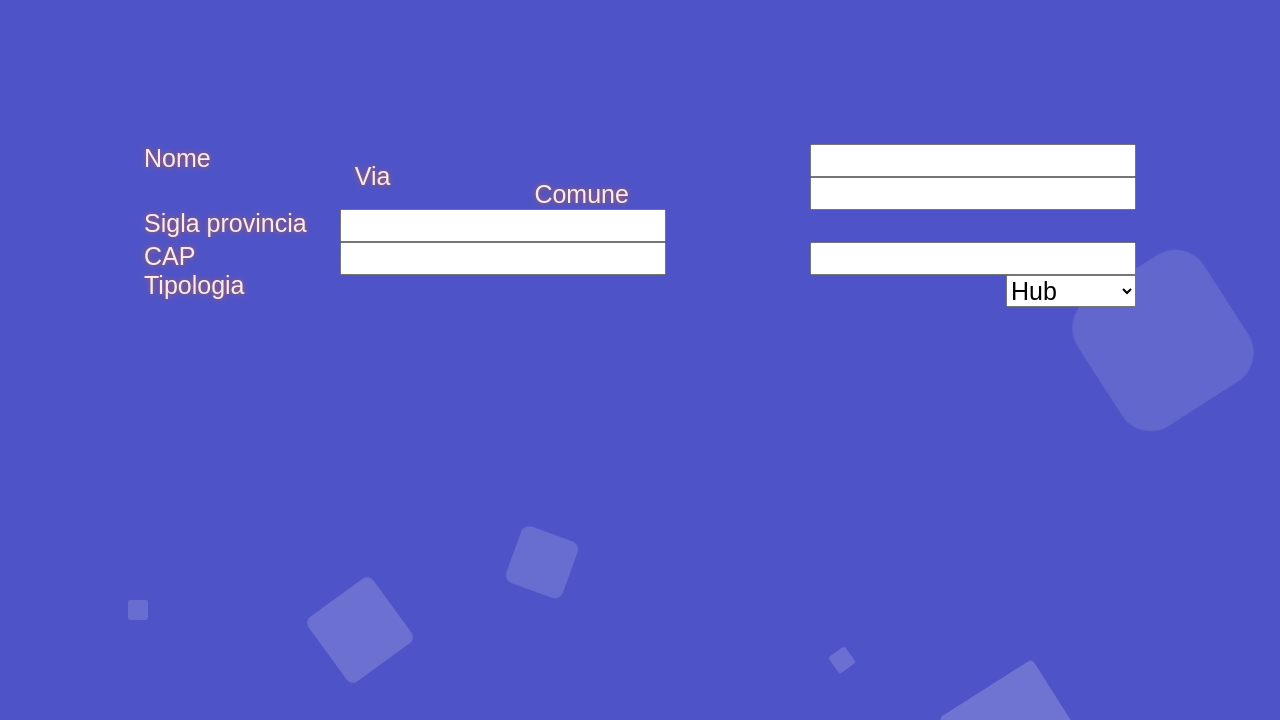
Repository: Jok98/CentriVaccinaliWebApp
Page: http://localhost/CentriVaccinaliOperatori/iscrizionecentrovax.jsp
These files come from the project's save history. The page is drawn as it stood at one moment and after the next save; the edit follows.
The browser window is 1280 px wide. The pictures show the whole page.
Some web fonts or font styles are not loaded; a fallback is used. The page is served by Tomcat 9.

Above is the page before, as saved 2022-09-24 16:13:35.

After the next save:
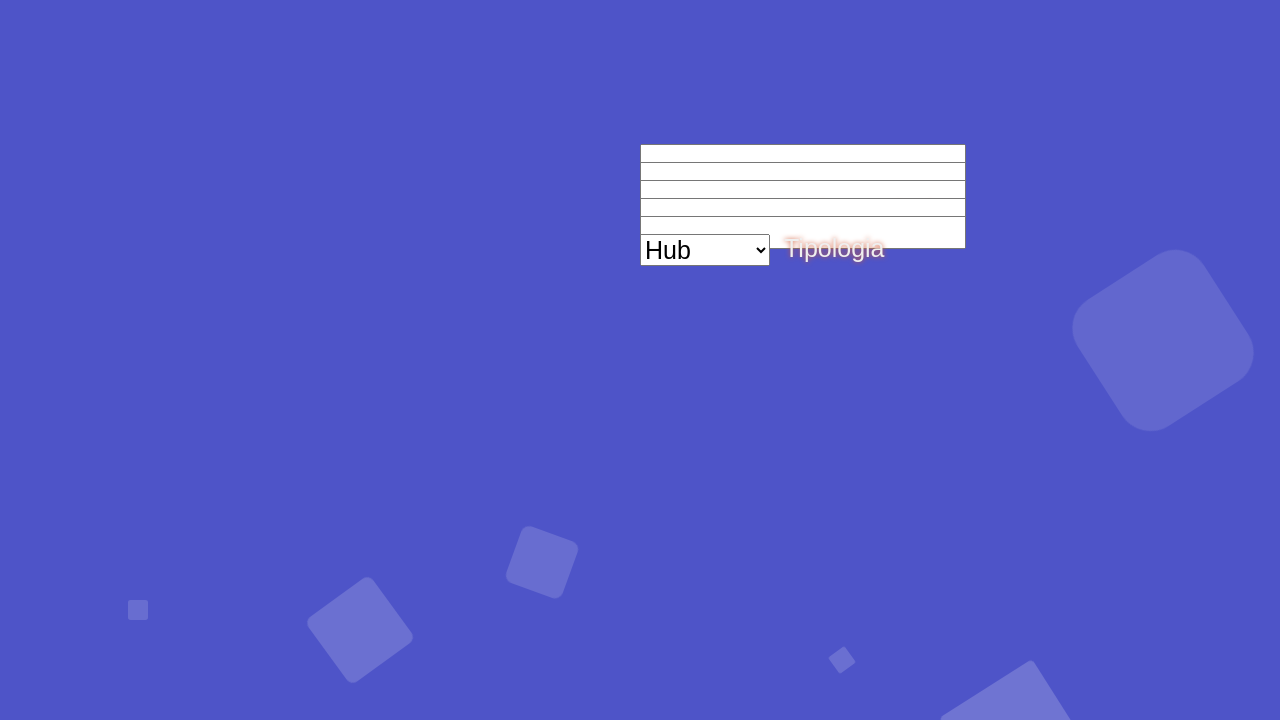
Saved 2 min 11 s later.
--- a/CentriVaccinaliOperatori/src/main/webapp/css/form.css
+++ b/CentriVaccinaliOperatori/src/main/webapp/css/form.css
@@ -30,6 +30,7 @@
 
 .label {
 	position: relative;
+	position: fixed;
 	font-size: 25px;
 	float: left;
 	margin-left:20vh;
@@ -39,6 +40,7 @@
 
 .input {
 	position: relative;
+	position: fixed;
 	font-size: 25px;
 	float: right;
 	margin-right:20vh;

After the save that followed:
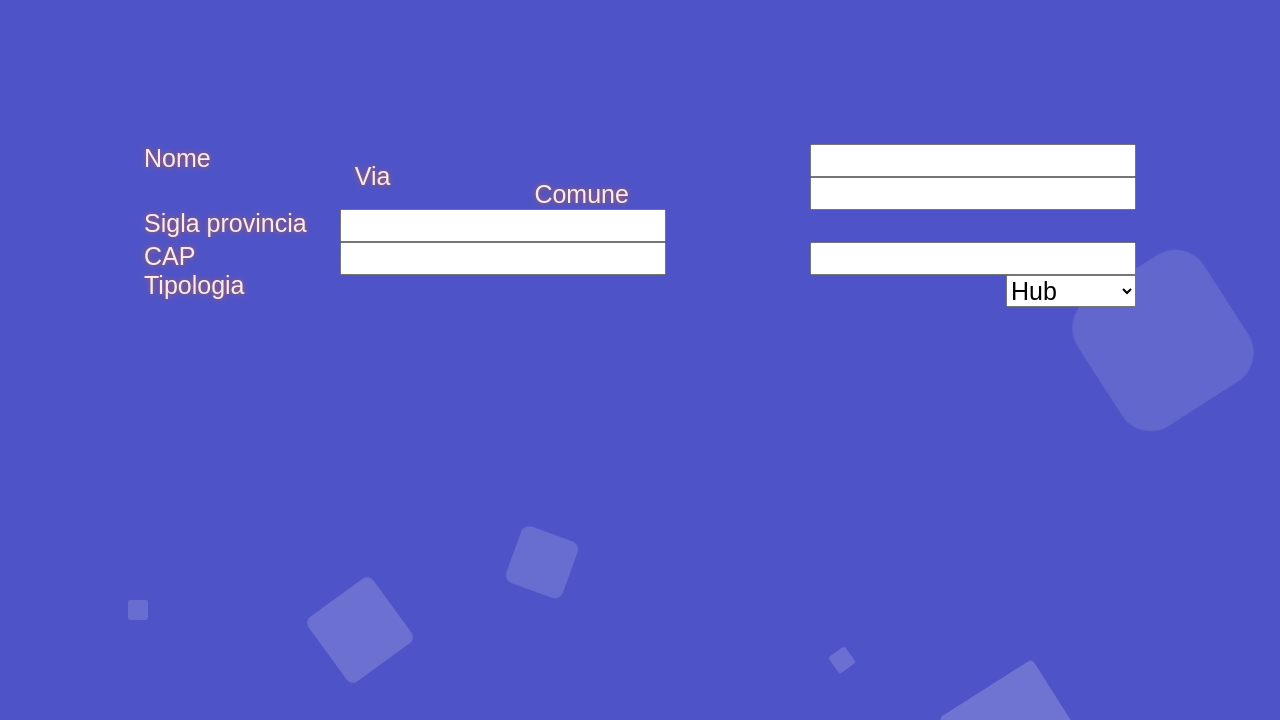
Saved 7 s later.
--- a/CentriVaccinaliOperatori/src/main/webapp/css/form.css
+++ b/CentriVaccinaliOperatori/src/main/webapp/css/form.css
@@ -30,7 +30,7 @@
 
 .label {
 	position: relative;
-	position: fixed;
+
 	font-size: 25px;
 	float: left;
 	margin-left:20vh;
@@ -40,7 +40,7 @@
 
 .input {
 	position: relative;
-	position: fixed;
+
 	font-size: 25px;
 	float: right;
 	margin-right:20vh;
